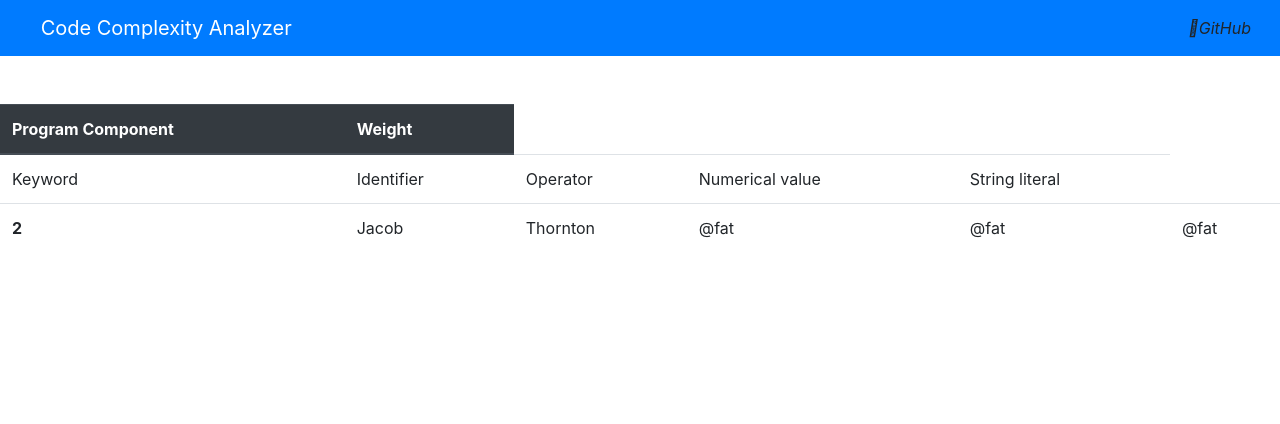
Repository: DinuwanB/Code-Complexity-Analyzer
Page: http://localhost/ITPM/Weight.jsp
An editor plug-in stored every save of this project. The page is shown before and after the next save, followed by the edit.
The browser window is 1280 px wide. The pictures show the whole page.
The page is served by Tomcat 9. Other server files are loaded and not shown.

Above is the page before, as saved 2020-05-21 12:34:23.

### ITPM/src/main/webapp/Weight.jsp
<%@ page language="java" contentType="text/html; charset=ISO-8859-1"
    pageEncoding="ISO-8859-1"%>
<!DOCTYPE html>
<html>
<head>
<meta charset="ISO-8859-1">
<title>Weight</title>
<link rel="stylesheet"
	href="https://stackpath.bootstrapcdn.com/bootstrap/4.4.1/css/bootstrap.min.css"
	integrity="sha384-Vkoo8x4CGsO3+Hhxv8T/Q5PaXtkKtu6ug5TOeNV6gBiFeWPGFN9MuhOf23Q9Ifjh"
	crossorigin="anonymous">
<link
	href="https://stackpath.bootstrapcdn.com/font-awesome/4.7.0/css/font-awesome.min.css"
	rel="stylesheet"
	integrity="sha384-wvfXpqpZZVQGK6TAh5PVlGOfQNHSoD2xbE+QkPxCAFlNEevoEH3Sl0sibVcOQVnN"
	crossorigin="anonymous">
</head>
<body>
<nav class="navbar navbar-dark bg-primary">
		<div class="container">
			<a class="navbar-brand" href="#">Code Complexity Analyzer</a>
		</div>
		<button class="btn btn" type="submit" id="inputGroupFileAddon04">
			<i class="fab fa-github-square">GitHub</i>
		</button>

	</nav>
	<br>
	<br>
	<table class="table">
  <thead class="thead-dark">
    <tr>
      <th scope="col">Program Component</th>
      <th scope="col">Weight</th>
    </tr>
  </thead>
  <tbody>
    <tr>
      <td>Keyword</td>
      <td>Identifier</td>
      <td>Operator</td>
      <td>Numerical value</td>
      <td>String literal</td>
    </tr>
    <tr>
      <th scope="row">2</th>
      <td>Jacob</td>
      <td>Thornton</td>
      <td>@fat</td>
      <td>@fat</td>
      <td>@fat</td>
    </tr>

  </tbody>
</table>
</body>
</html>

After the next save:
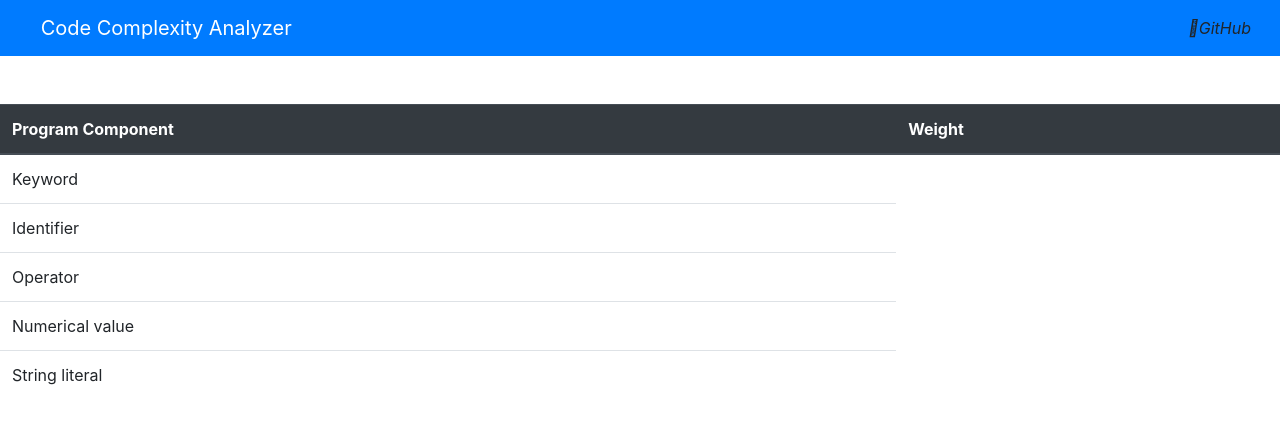
Saved 3 min 30 s later.
--- a/ITPM/src/main/webapp/Weight.jsp
+++ b/ITPM/src/main/webapp/Weight.jsp
@@ -37,20 +37,19 @@
   <tbody>
     <tr>
       <td>Keyword</td>
-      <td>Identifier</td>
-      <td>Operator</td>
-      <td>Numerical value</td>
-      <td>String literal</td>
     </tr>
     <tr>
-      <th scope="row">2</th>
-      <td>Jacob</td>
-      <td>Thornton</td>
-      <td>@fat</td>
-      <td>@fat</td>
-      <td>@fat</td>
+     <td>Identifier</td>
     </tr>
-
+  	<tr>
+  	 <td>Operator</td>
+  	</tr>
+  	<tr>
+  	<td>Numerical value</td>
+    </tr>
+    <tr>
+    <td>String literal</td>
+    </tr>
   </tbody>
 </table>
 </body>
